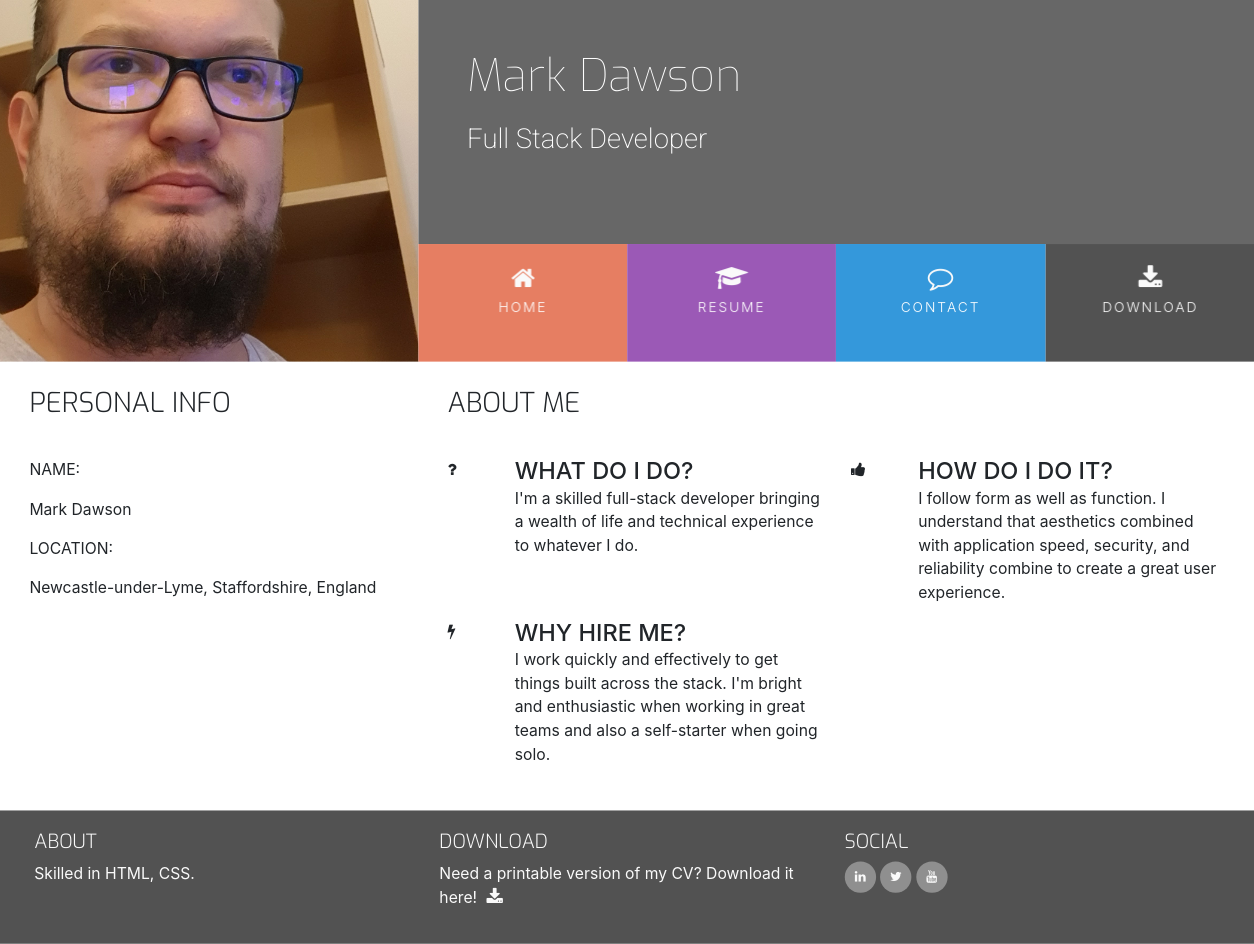
Repository: marcopolomt/resume
Page: index.html
The author's editor kept a record of every edit. The page is drawn from the files as they stood at one moment, then again after the next edit.
The browser window is 1280 px wide. The pictures show the whole page, at 98% of full size.

Above is the page before.

After the next edit:
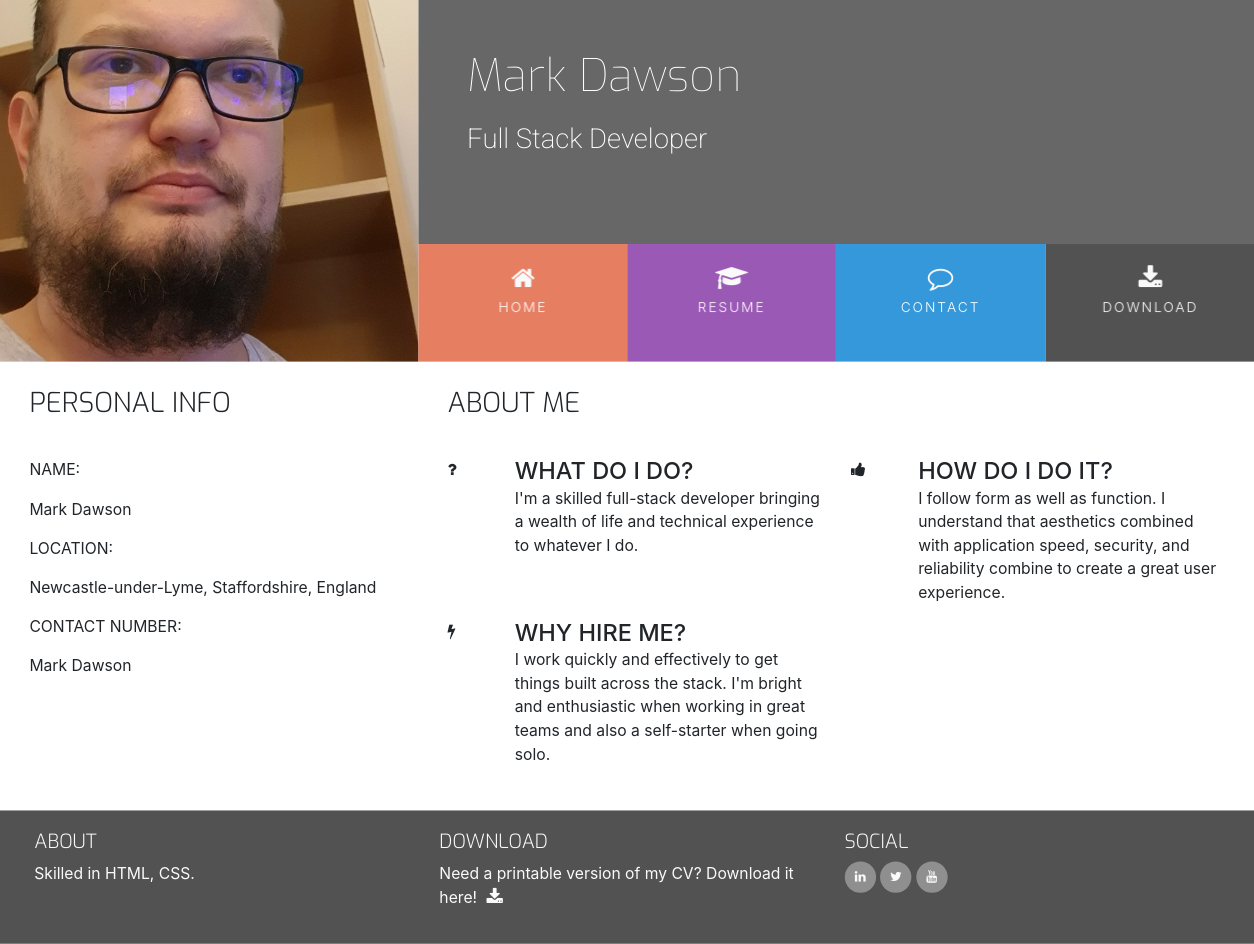
The edit:
--- a/index.html
+++ b/index.html
@@ -77,6 +77,18 @@
                     <div class="value">
                         <p>
                             Newcastle-under-Lyme, Staffordshire, England
+                        </p>
+                    </div>
+                </div>
+                <div class="personal-info-item">
+                    <div class="key">
+                        <p class="uppercase">
+                            Contact Number:
+                        </p>
+                    </div>
+                    <div class="value">
+                        <p>
+                            Mark Dawson
                         </p>
                     </div>
                 </div>
